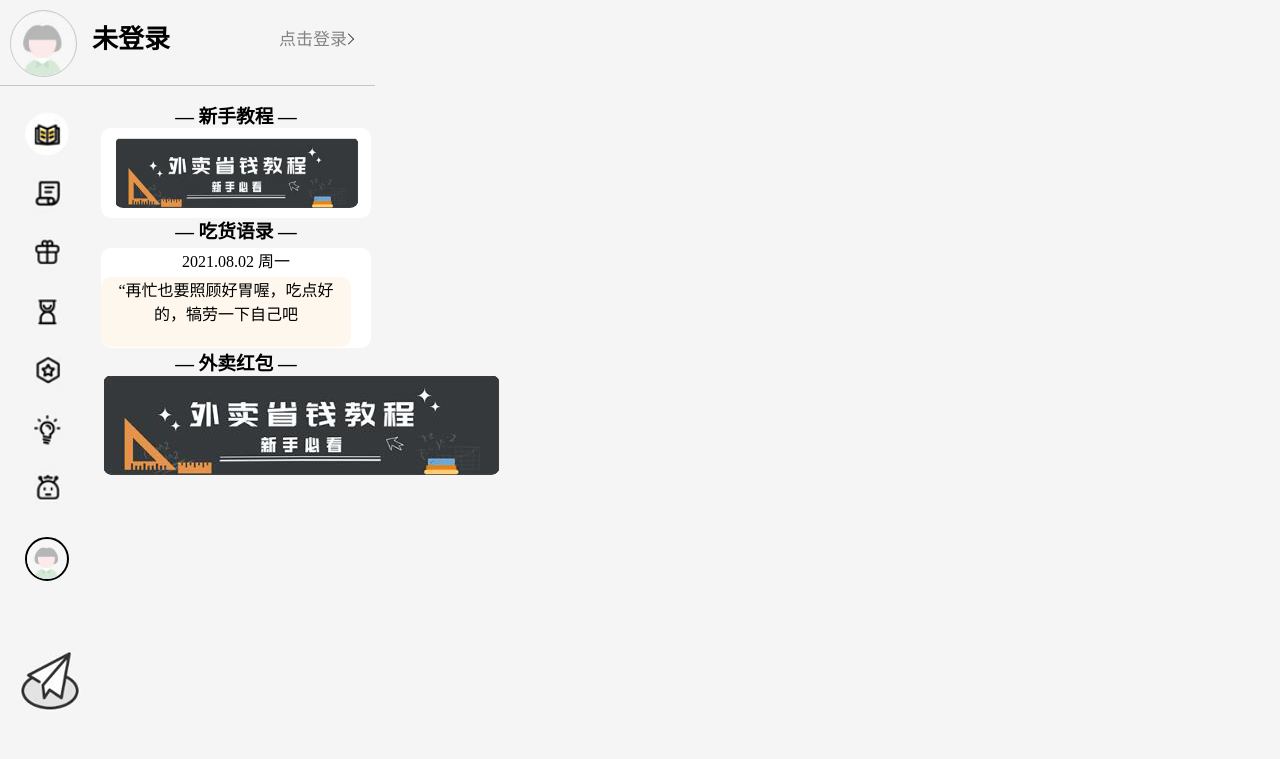
Repository: Privatexiao/projects
Page: Takeout assistant/index.html
The author's editor kept a copy of each file at every save. The page is drawn from the files as they stood at one save, then again after the next save.
The browser window is 1280 px wide. The pictures show the whole page.

Above is the page before, as saved 2021-08-02 17:11:05.

After the next save:
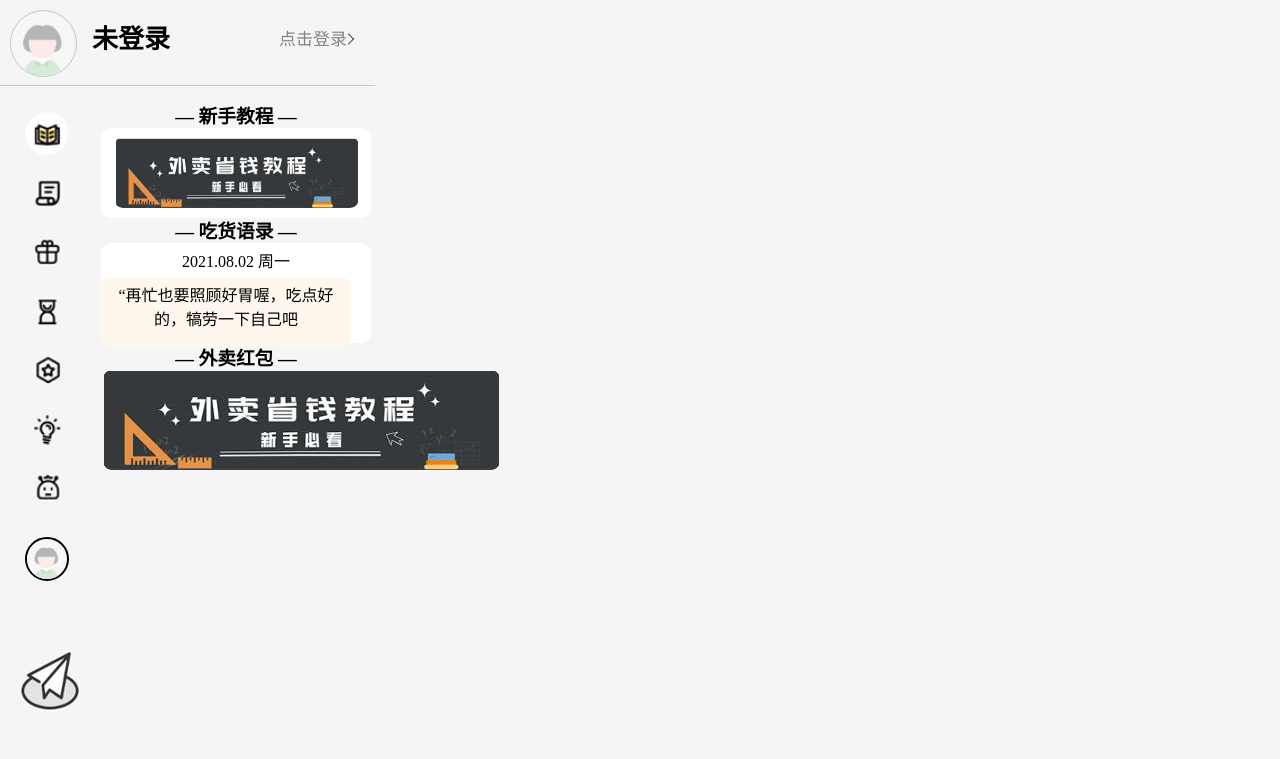
Saved 6 s later.
--- a/Takeout assistant/css/index.css
+++ b/Takeout assistant/css/index.css
@@ -115,7 +115,7 @@ ul,ol{
 }
 .VersionQuotation p{
     text-align: center;
-    margin: 5px;
+    padding: 5px;
 }
 .VersionQuotation .chyl_bj{
     background-color: white;
